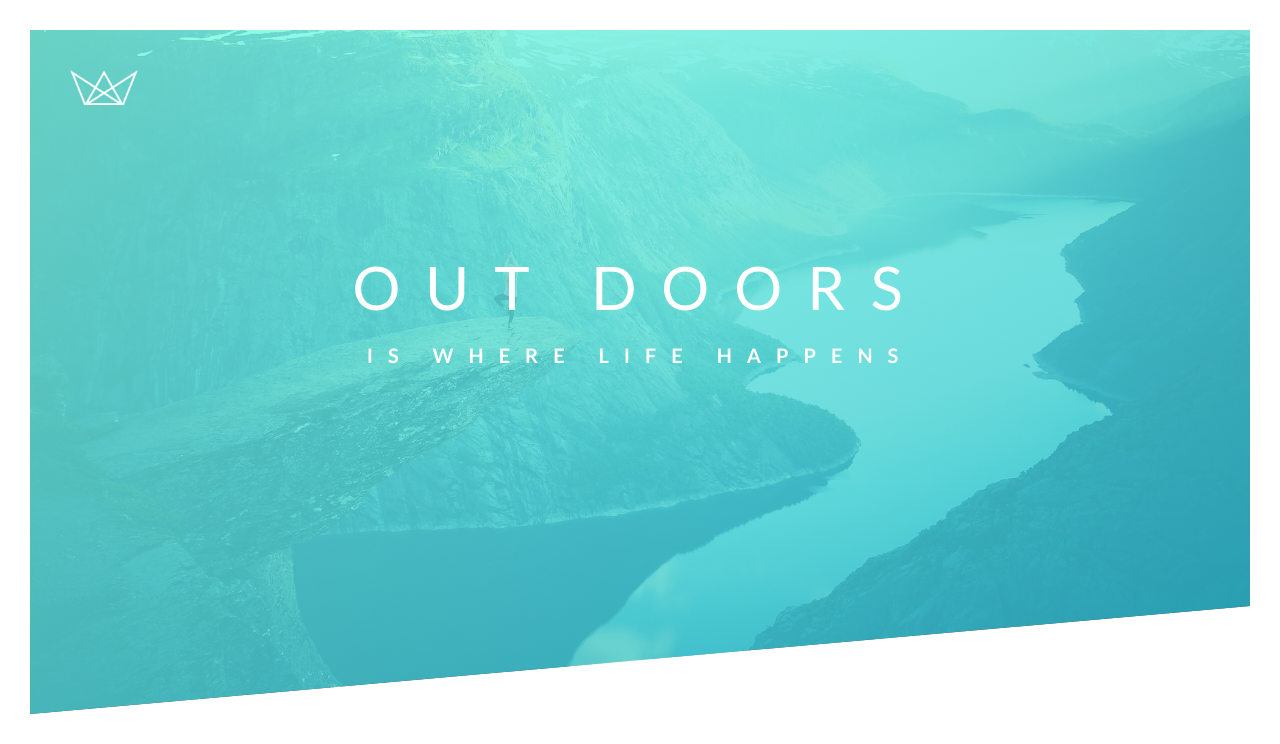
Repository: haokiet2501/natours-page
Page: index.html
These files come from the project's save history. The page is drawn as it stood at one moment and after the next save; the edit follows.
The browser window is 1280 px wide. The pictures show the whole page.

Above is the page before, as saved 2022-07-31 17:14:55.

After the next save:
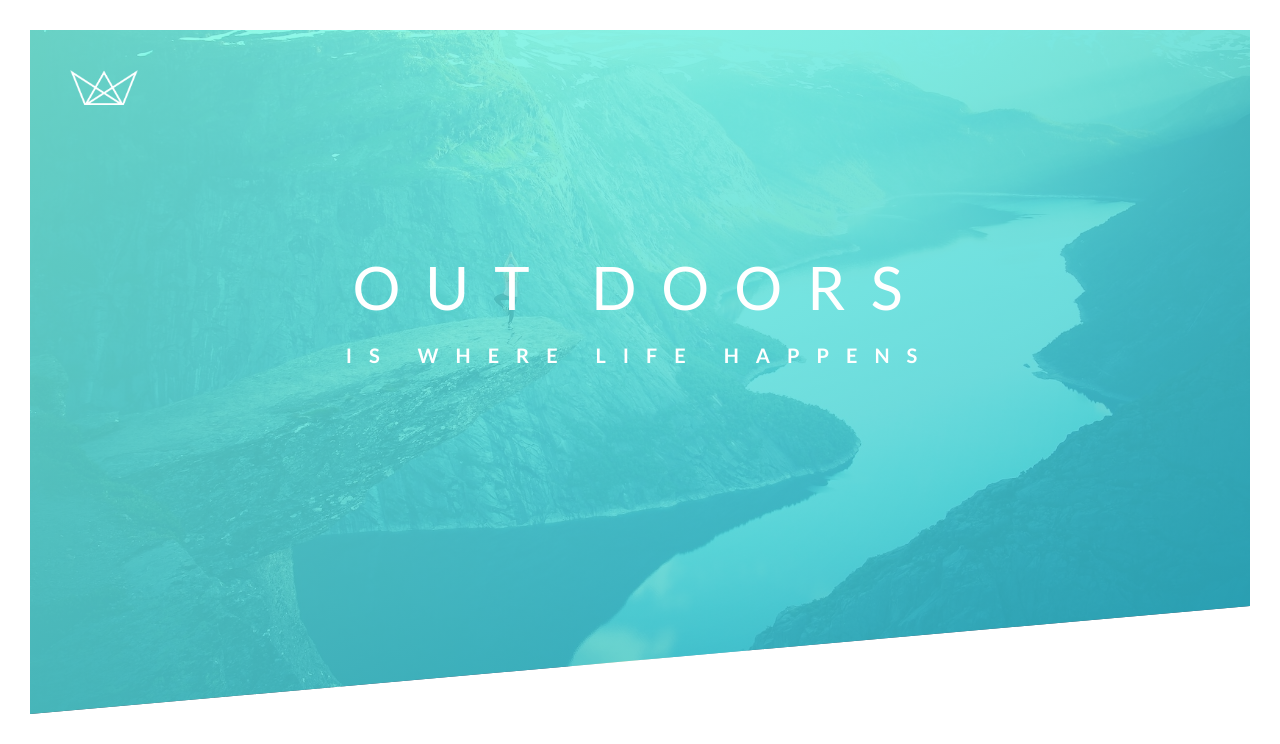
Saved 11 s later.
--- a/styles.css
+++ b/styles.css
@@ -72,6 +72,6 @@ html {
     display: block;
     font-size: 20px;
     font-weight: 700;
-    letter-spacing: 15px;
+    letter-spacing: 17px;
     text-align: center;
 }
